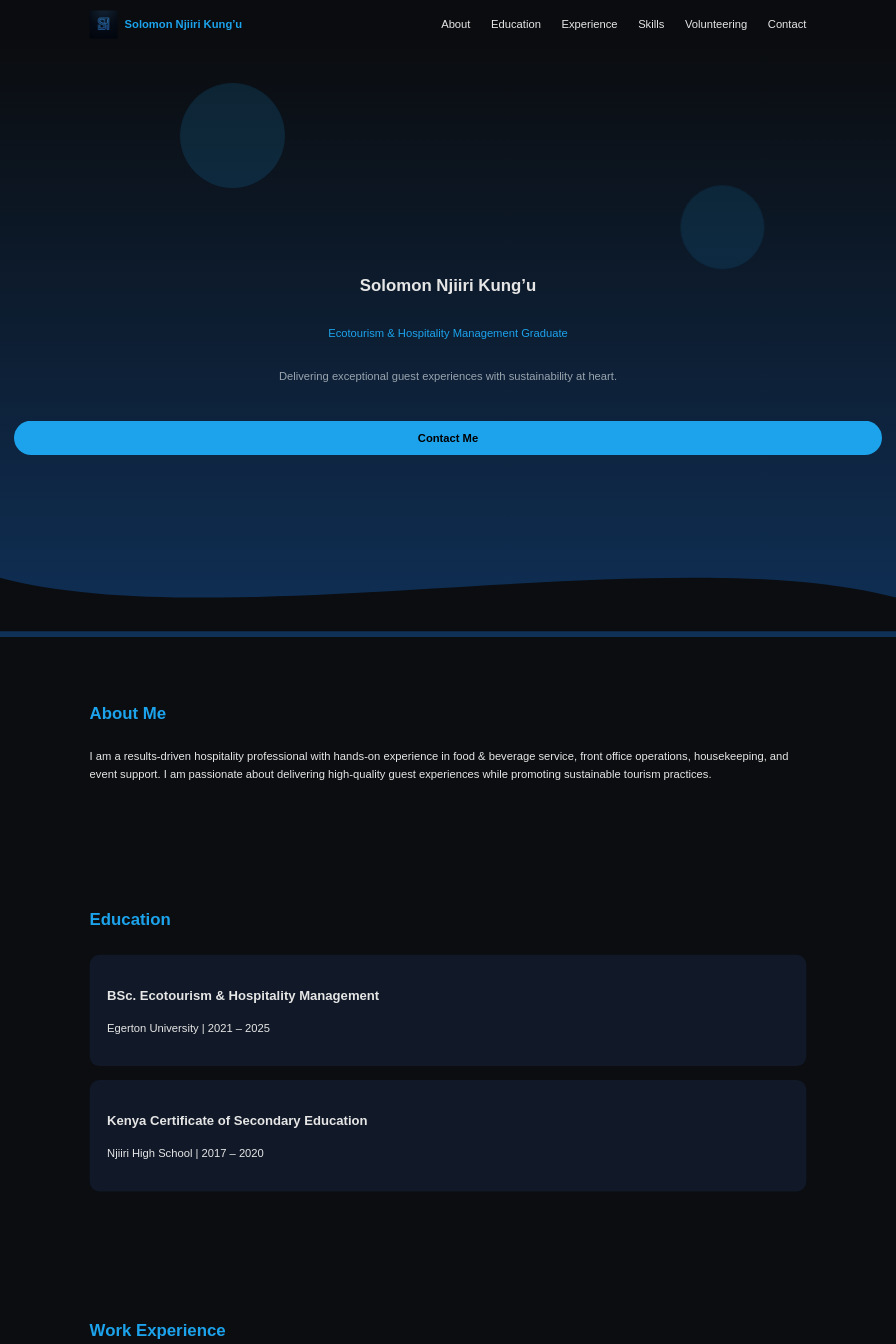
Repository: ladygit-comits/Solomon_Portfolio
Page: index.html
The author's editor kept a copy of each file at every save. The page is drawn from the files as they stood at one save, then again after the next save.
The browser window is 1280 px wide. The pictures show the part of the page from y = 0 to 1920 px (the page is 4398 px tall before and 3467 px after), at 70% of full size.

Above is the page before, as saved 2025-12-31 13:42:33.

After the next save:
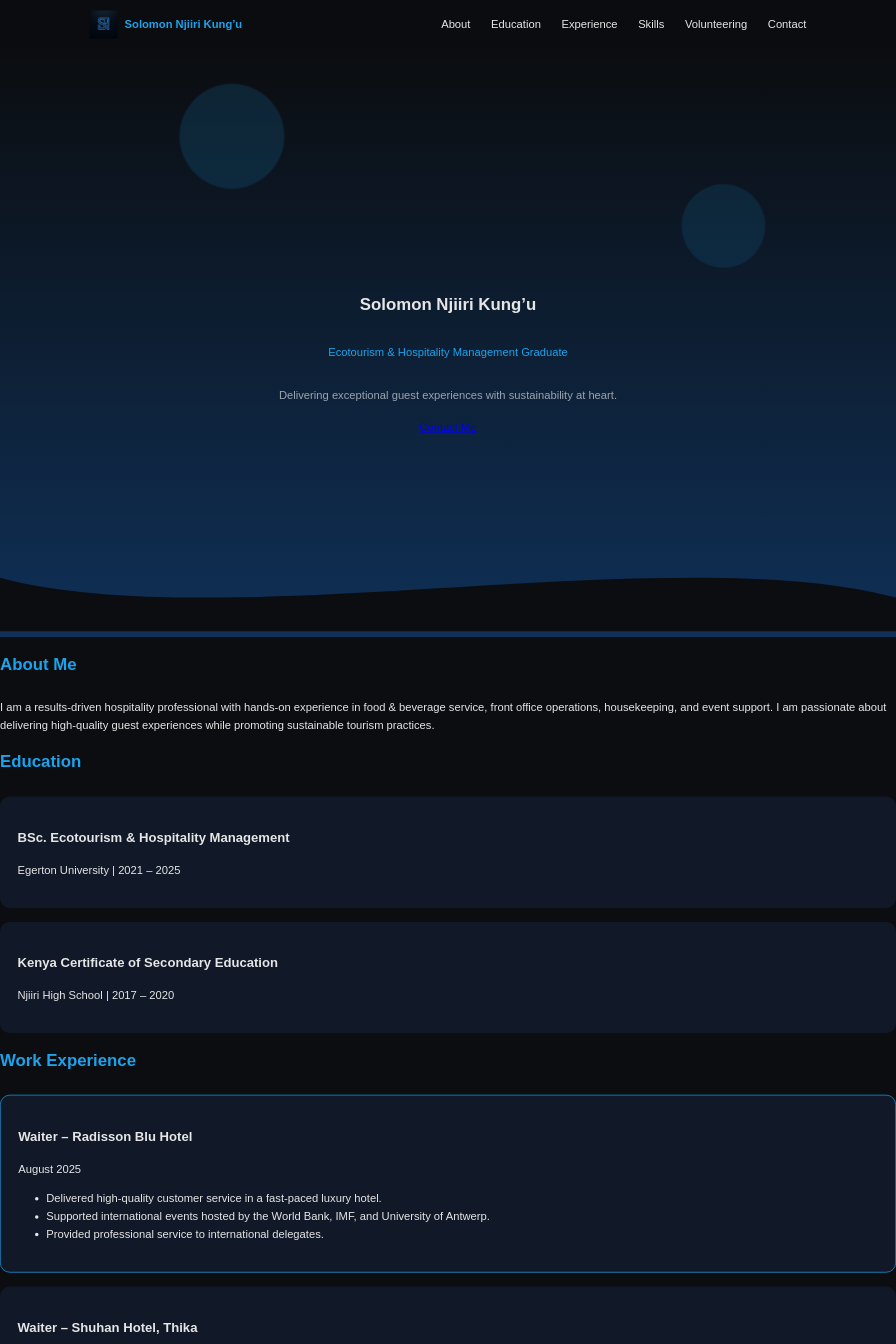
Saved 25 s later.
--- a/style.css
+++ b/style.css
@@ -45,16 +45,7 @@
   color: var(--muted-gray);
 }
 
-.btn {
-  display: inline-block;
-  margin-top: 30px;
-  padding: 12px 28px;
-  background: var(--accent-blue);
-  color: #000;
-  text-decoration: none;
-  border-radius: 30px;
-  font-weight: 600;
-}
+.btn
 
 .section {
   padding: 70px 10%;

After the save that followed:
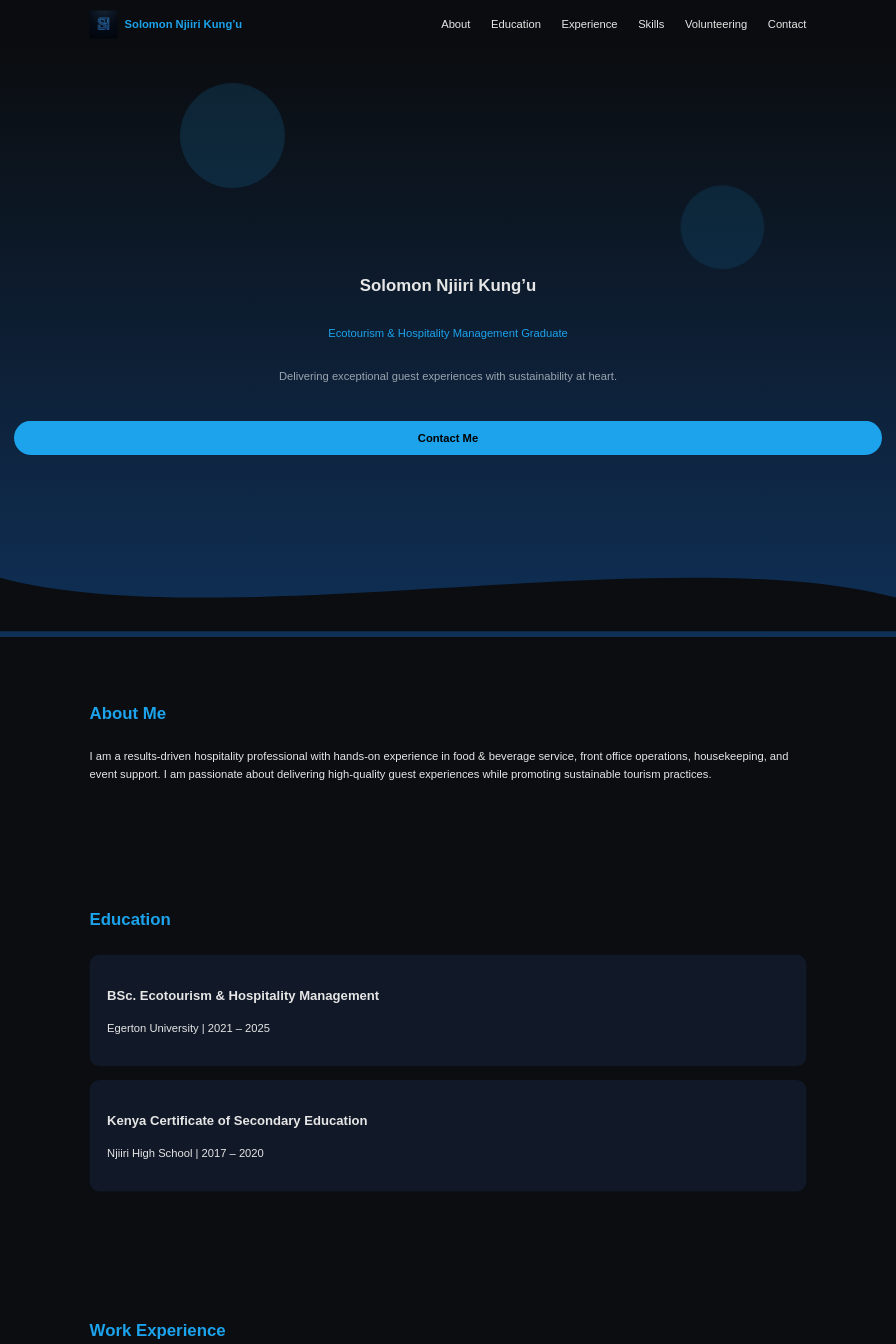
Saved 25 s later.
--- a/style.css
+++ b/style.css
@@ -45,7 +45,16 @@
   color: var(--muted-gray);
 }
 
-.btn
+.btn {
+  display: inline-block;
+  margin-top: 30px;
+  padding: 12px 28px;
+  background: var(--accent-blue);
+  color: #000;
+  text-decoration: none;
+  border-radius: 30px;
+  font-weight: 600;
+}
 
 .section {
   padding: 70px 10%;
